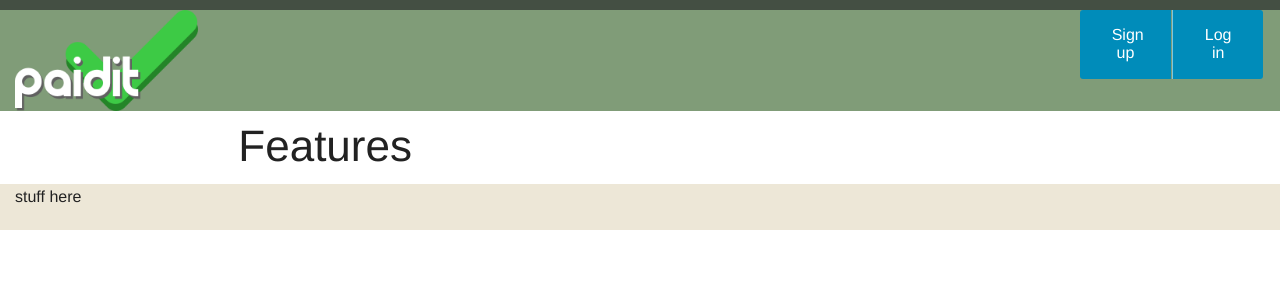
Repository: jcskillings/paidit
Page: splash.html
The author's editor kept a record of every edit. The page is drawn from the files as they stood at one moment, then again after the next edit.
The browser window is 1280 px wide. The pictures show the whole page.

Above is the page before.

After the next edit:
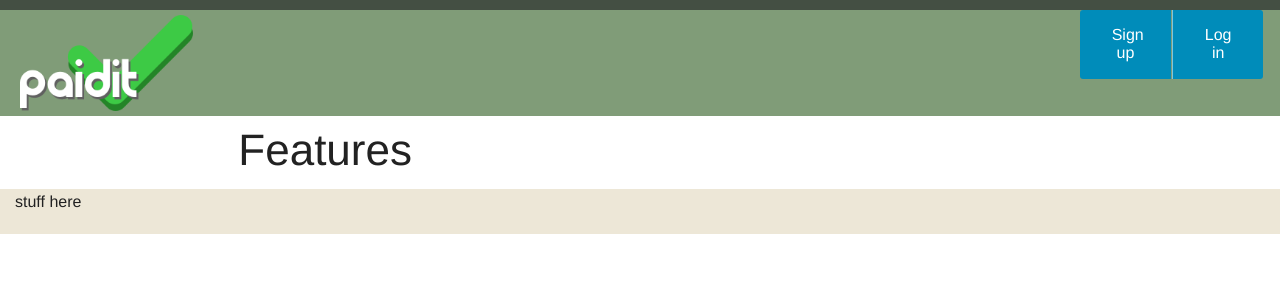
The edit:
--- a/css/splash.css
+++ b/css/splash.css
@@ -13,6 +13,9 @@
     width: 100% !important;
 }
 
+#mainLogo {
+    padding: 5px;
+}
 .fullWidth {
    width: 100% !important;
    margin-left: auto;
